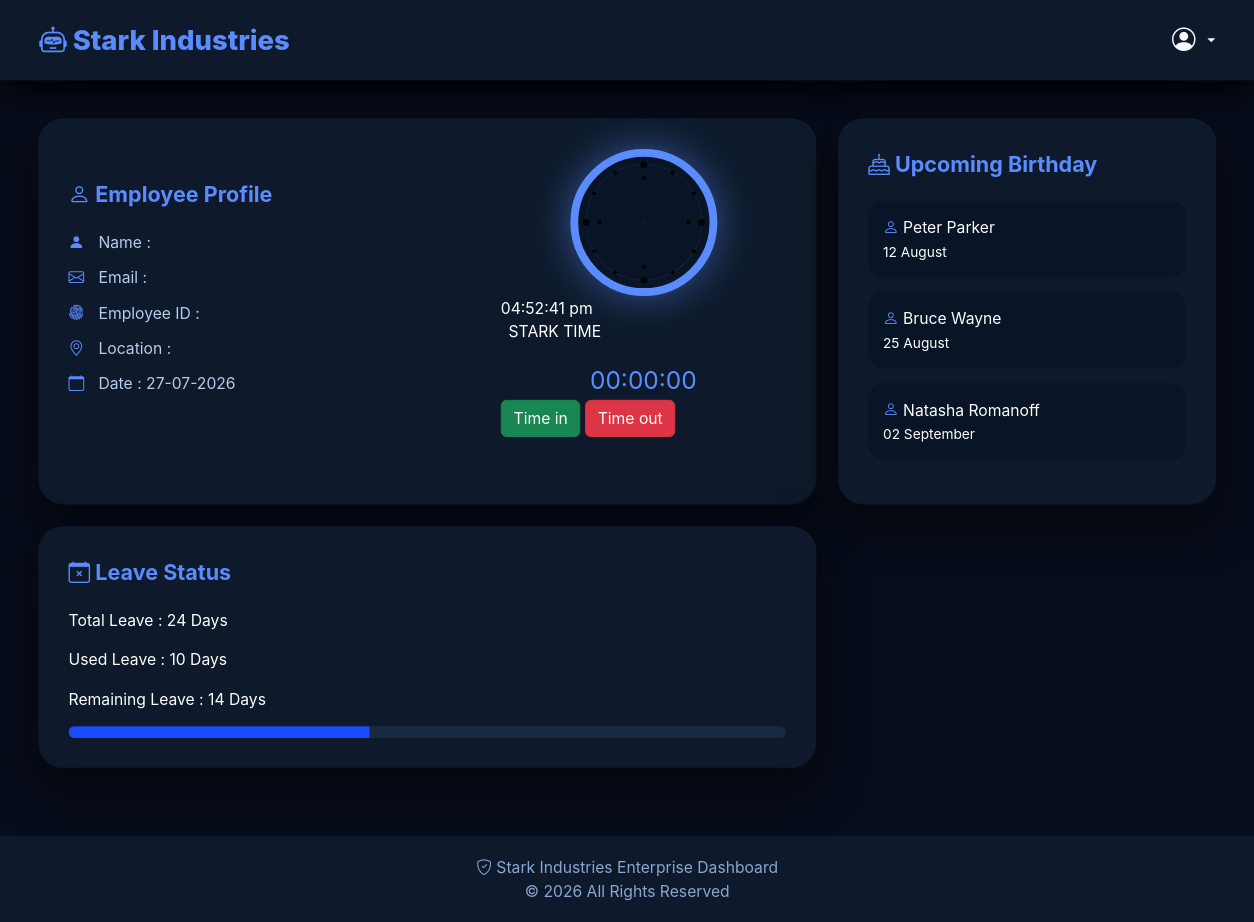
Repository: abhinav050799/office-management-
Page: resources/views/dashboard.blade.php
These files come from the project's save history. The page is drawn as it stood at one moment and after the next save; the edit follows.
The browser window is 1280 px wide. The pictures show the whole page, at 98% of full size.
The page is served by the project's Laravel application, run on PHP 8.4 with Laravel 12. The template is opened directly, without the code that normally fills it, so the values that code supplies are empty.

Above is the page before, as saved 2026-07-27 17:11:04.

After the next save:
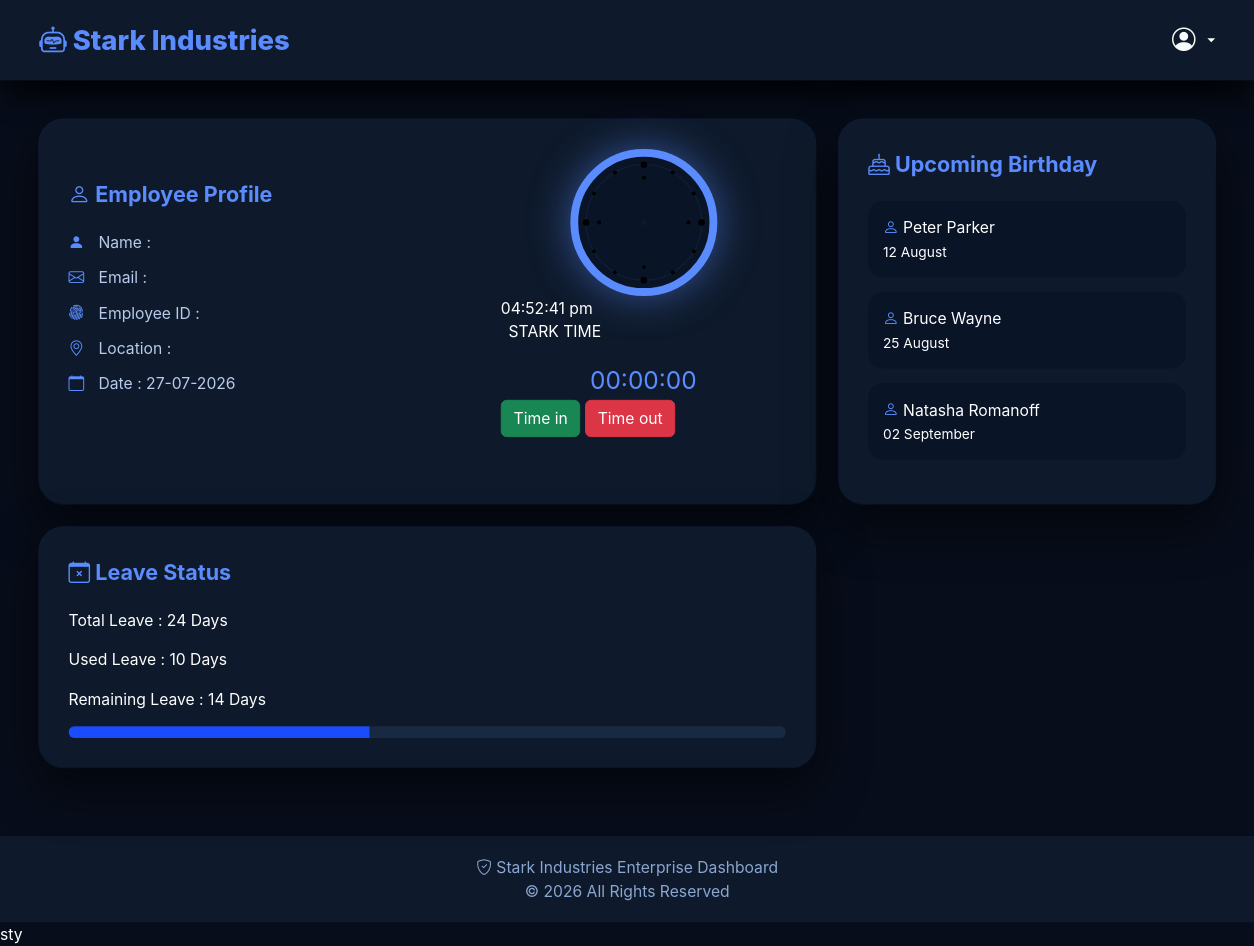
Saved 24 s later.
--- a/resources/views/dashboard.blade.php
+++ b/resources/views/dashboard.blade.php
@@ -347,6 +347,9 @@
 
 
     </script>
+
+
+sty
 <script src="https://cdn.jsdelivr.net/npm/bootstrap@5.3.2/dist/js/bootstrap.bundle.min.js"></script>
 
 
